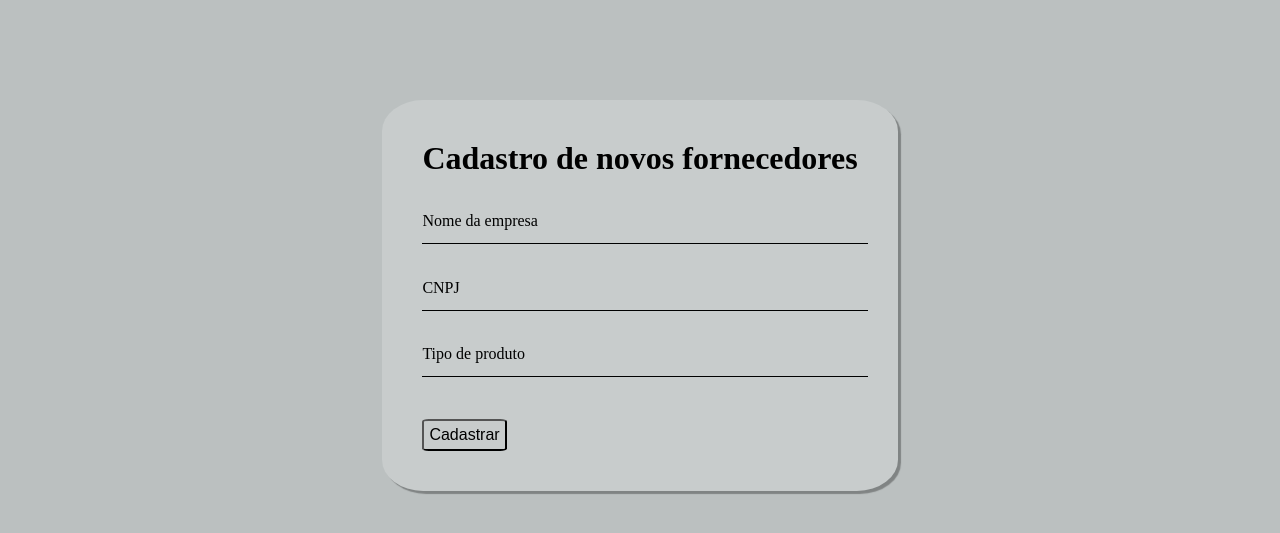
Repository: crisholiveira/speedlog
Page: http://localhost/cadastroDeFornecedor/
These files come from the project's save history. The page is drawn as it stood at one moment and after the next save; the edit follows.
The browser window is 1280 px wide. The pictures show the whole page.
The page is served by the project's Node server (app.js).

Above is the page before, as saved 2022-01-16 16:31:33.

After the next save:
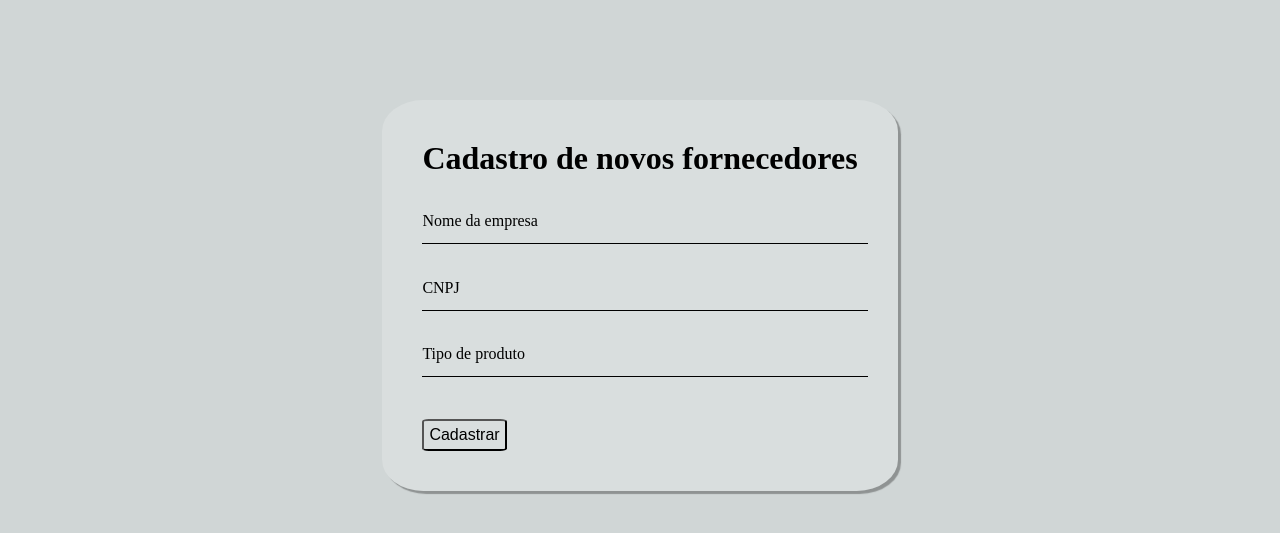
Saved 12 s later.
--- a/public/stylesheets/cadFornecedor.css
+++ b/public/stylesheets/cadFornecedor.css
@@ -9,7 +9,7 @@ body{ /*
     background-size: cover;
     background-position: center;
     background-attachment: fixed; */
-    background-color: rgb(187, 192, 192);
+    background-color: rgb(208, 214, 214);
 }
 
 .container{
